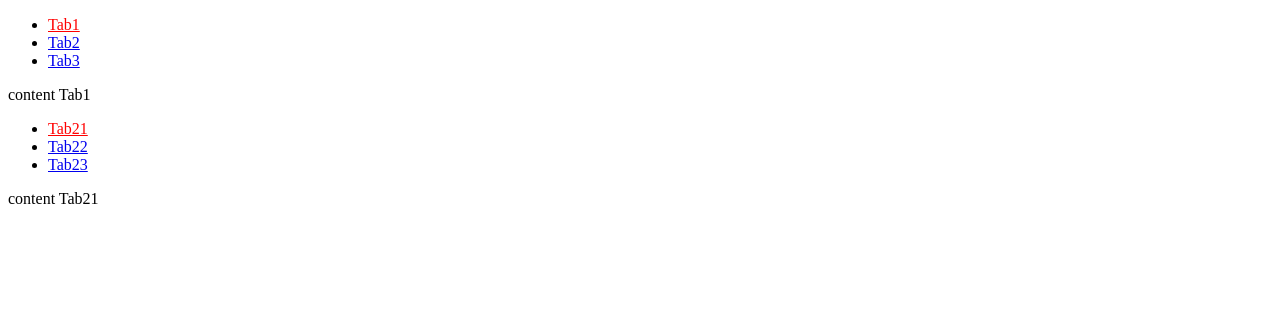
Repository: hoangan3526/tabzy
Page: index.html
These files come from the project's save history. The page is drawn as it stood at one moment and after the next save; the edit follows.
The browser window is 1280 px wide. The pictures show the whole page.

Above is the page before, as saved 2026-05-12 17:27:50.

After the next save:
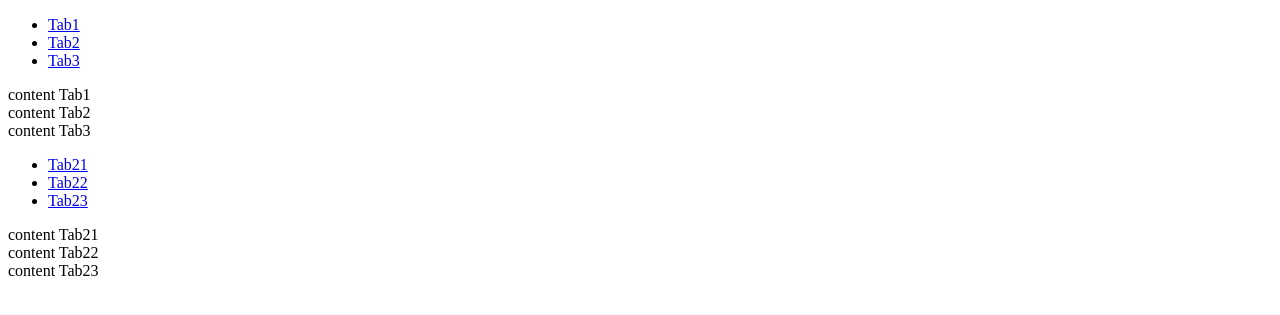
Console error: ReferenceError: Cannot access 'hash' before initialization
Saved 21 s later.
--- a/src/tabzy.js
+++ b/src/tabzy.js
@@ -35,6 +35,7 @@
 Tabzy.prototype._init = function () {
   const params = new URLSearchParams(location.search);
   const queryId = this.tabURL.replace("#", "");
+  console.log(hash);
 
   const hash = params.get(queryId);
 

After the save that followed:
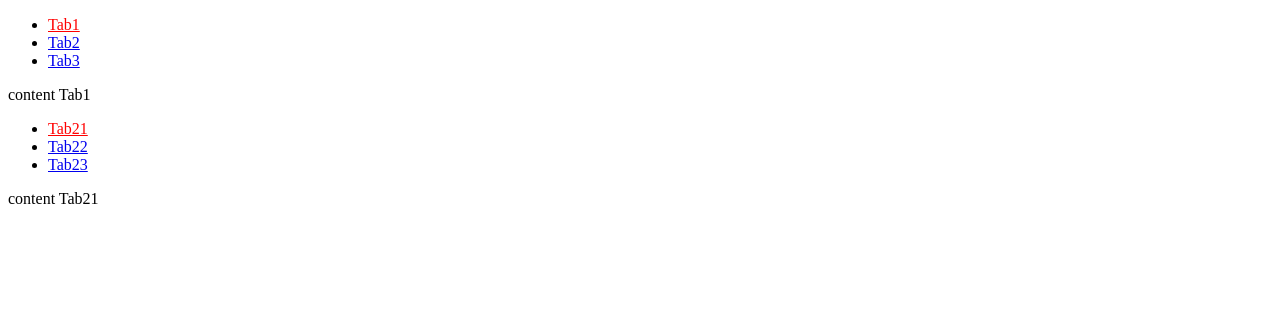
The error is gone.
Saved 4 s later.
--- a/src/tabzy.js
+++ b/src/tabzy.js
@@ -35,9 +35,9 @@
 Tabzy.prototype._init = function () {
   const params = new URLSearchParams(location.search);
   const queryId = this.tabURL.replace("#", "");
-  console.log(hash);
 
   const hash = params.get(queryId);
+  console.log(hash);
 
   const tab =
     (this.opt.remember &&
